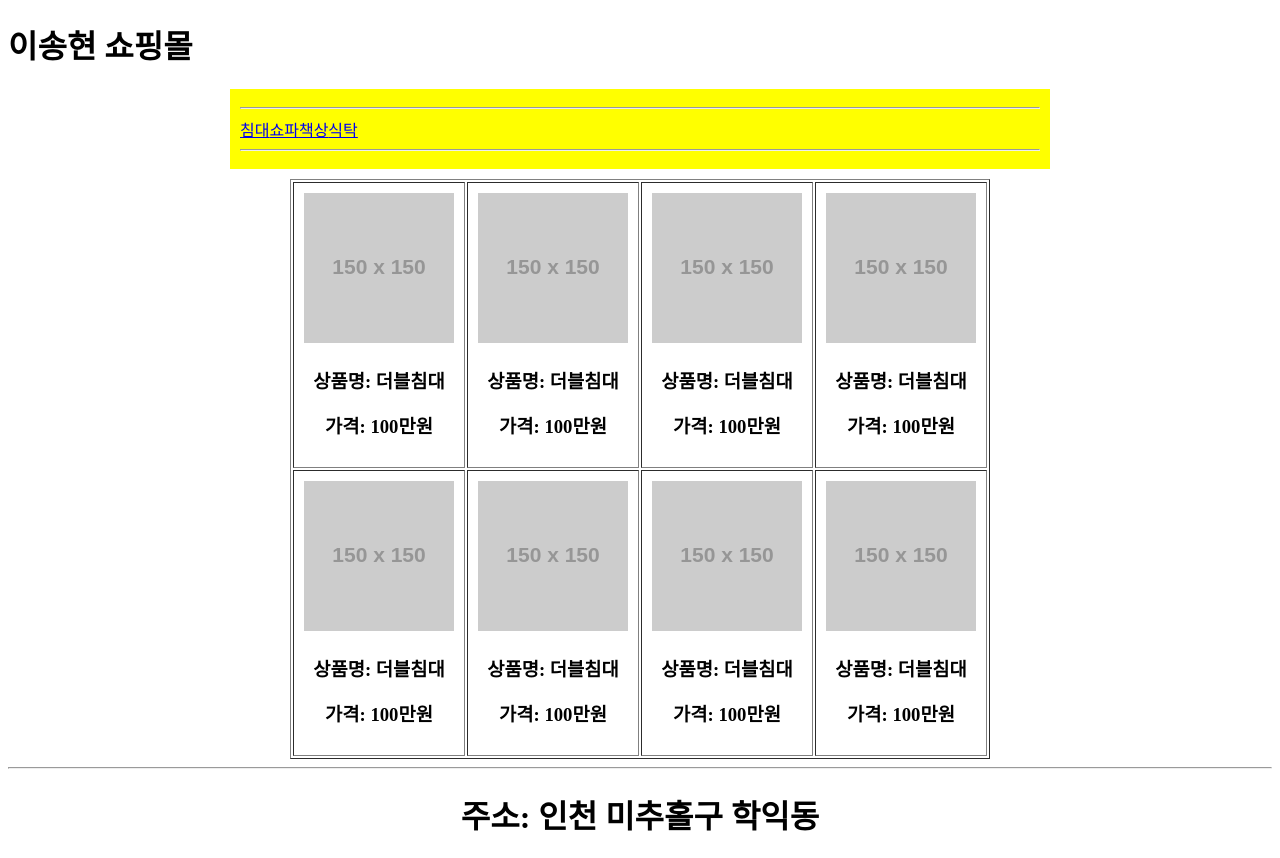
Repository: kmg8138/html
Page: 2020.04.06/ex0406/WebContent/ex07.html
An editor plug-in stored every save of this project. The page is shown before and after the next save, followed by the edit.
The browser window is 1280 px wide. The pictures show the whole page.

Above is the page before, as saved 2020-04-06 07:51:10.

After the next save:
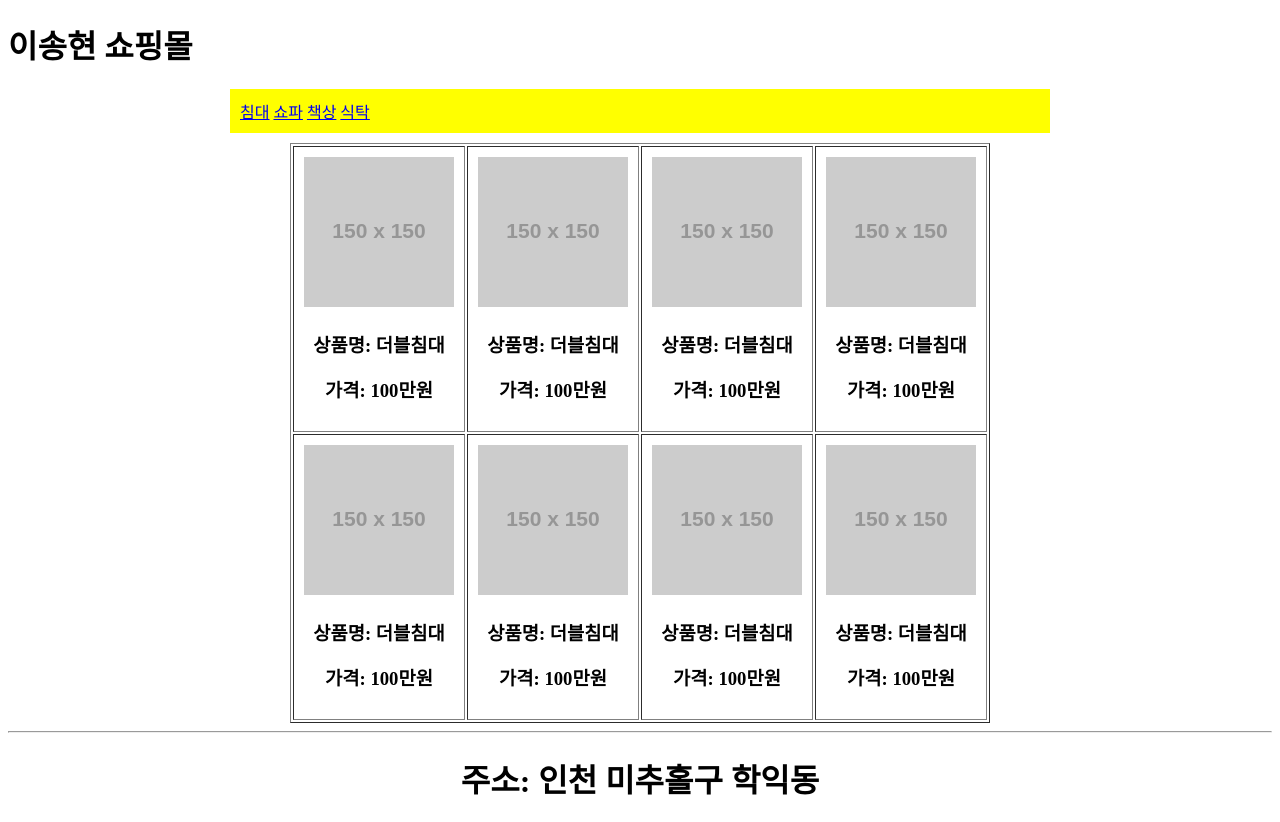
Saved 11 s later.
--- a/2020.04.06/ex0406/WebContent/ex07.html
+++ b/2020.04.06/ex0406/WebContent/ex07.html
@@ -18,16 +18,14 @@
 	</header>
 
 	<nav>
-		<hr/>
-		<table width=500>
+
 
 				<span><a href="#">침대</a></span>
 				<span><a href="#">쇼파</a></span>
 				<span><a href="#">책상</a></span>
 				<span><a href="#">식탁</a></span>
 
-		</table>
-		<hr/>
+
 	</nav>
 
 	<section>
